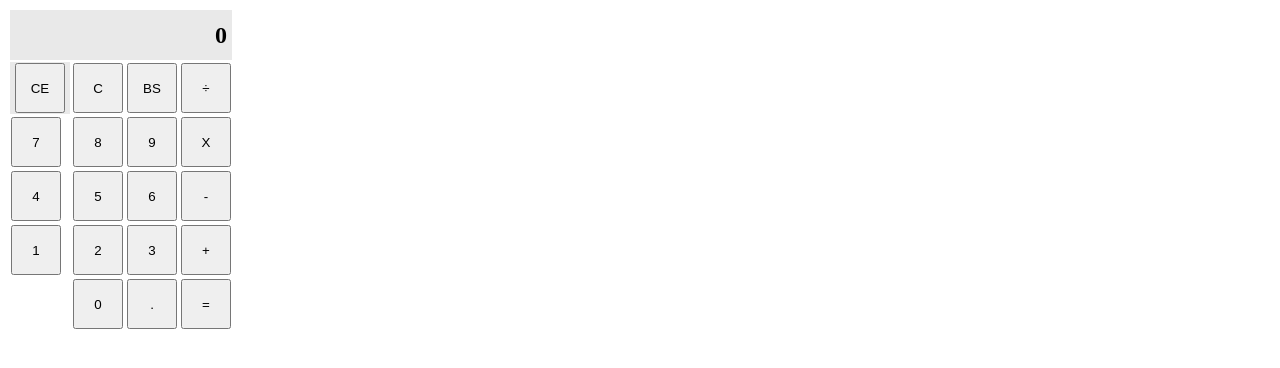
Repository: kwondam/servlet
Page: workspace/JSPPrj/WebContent/calc3.html
An editor plug-in stored every save of this project. The page is shown before and after the next save, followed by the edit.
The browser window is 1280 px wide. The pictures show the whole page.

Above is the page before, as saved 2020-03-26 13:22:55.

### workspace/JSPPrj/WebContent/calc3.html
<!DOCTYPE html>
<html>
<head>
<meta charset="UTF-8">
<title>Insert title here</title>
<style>
input{
	width:50px;
	height: 50px;
}
.output{
	height: 50px;
	background: #e9e9e9;
	font-size:24px;
	font-weight: bold;
	text-align: right;
	padding: 0px 5px;
	}
</style>
</head>
<body>
	<form action="calc3" method="post">
		<table>
			<tr>
				<td class="output" colspan="4">0</td>
			</tr>
			<tr>
				<td class="output"><input type="submit" name="operator" value="CE"/></td>
				<td><input type="submit" name="operator" value="C"/></td>
				<td><input type="submit" name="operator" value="BS"/></td>
				<td><input type="submit" name="operator" value="÷"/></td>
			</tr>
			<tr>
				<td><input type="submit" name="operator" value="7"/></td>
				<td><input type="submit" name="operator" value="8"/></td>
				<td><input type="submit" name="operator" value="9"/></td>
				<td><input type="submit" name="operator" value="X"/></td>
			</tr>
			<tr>
				<td><input type="submit" name="operator" value="4"/></td>
				<td><input type="submit" name="operator" value="5"/></td>
				<td><input type="submit" name="operator" value="6"/></td>
				<td><input type="submit" name="operator" value="-"/></td>
			</tr>
			<tr>
				<td><input type="submit" name="operator" value="1"/></td>
				<td><input type="submit" name="operator" value="2"/></td>
				<td><input type="submit" name="operator" value="3"/></td>
				<td><input type="submit" name="operator" value="+"/></td>
			</tr>
			<tr>
				<td></td>
				<td><input type="submit" name="operator" value="0"/></td>
				<td><input type="submit" name="operator" value="."/></td>
				<td><input type="submit" name="operator" value="="/></td>
			</tr>
		</table>
	</form>
</body>
</html>

After the next save:
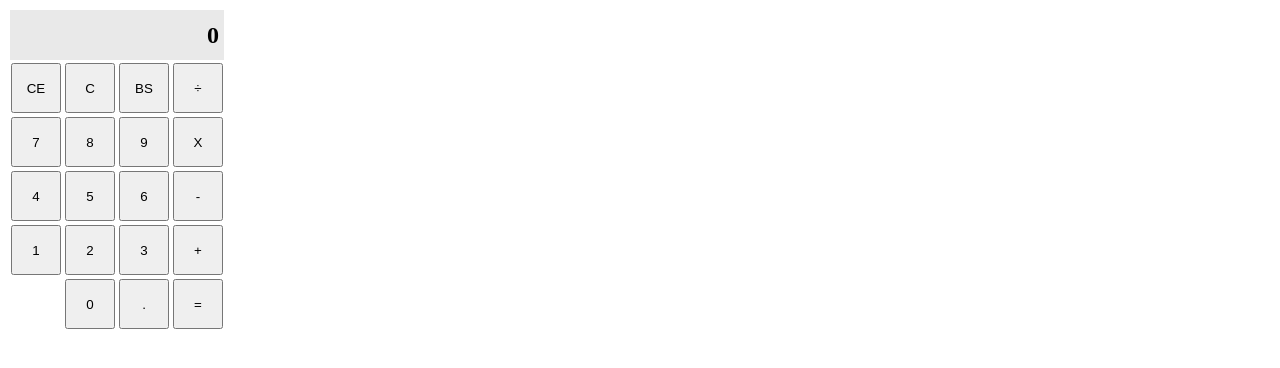
Saved 4 s later.
--- a/workspace/JSPPrj/WebContent/calc3.html
+++ b/workspace/JSPPrj/WebContent/calc3.html
@@ -25,7 +25,7 @@ input{
 				<td class="output" colspan="4">0</td>
 			</tr>
 			<tr>
-				<td class="output"><input type="submit" name="operator" value="CE"/></td>
+				<td><input type="submit" name="operator" value="CE"/></td>
 				<td><input type="submit" name="operator" value="C"/></td>
 				<td><input type="submit" name="operator" value="BS"/></td>
 				<td><input type="submit" name="operator" value="÷"/></td>
